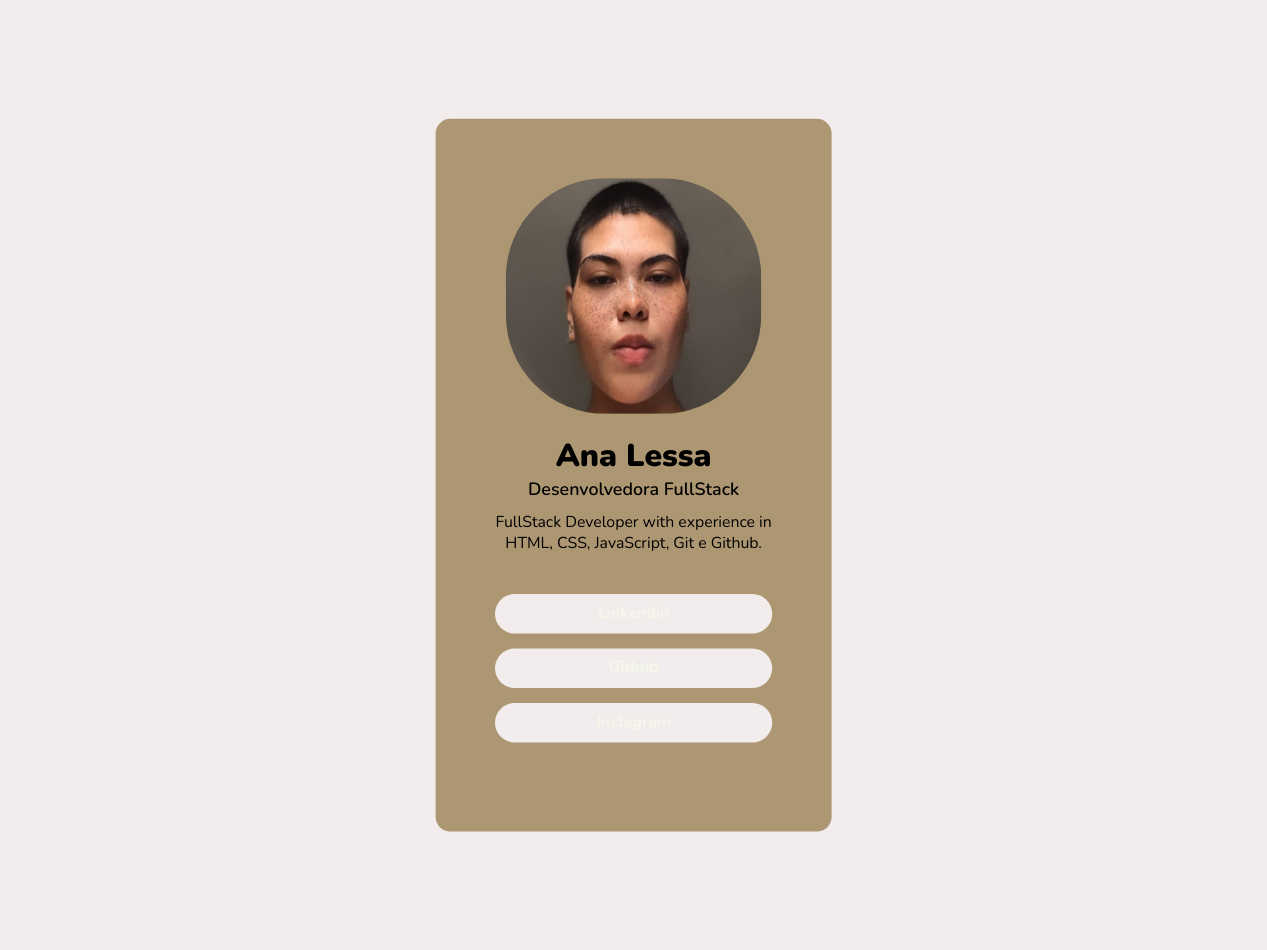
Repository: analessp/linktree
Page: index.html
The author's editor kept a copy of each file at every save. The page is drawn from the files as they stood at one save, then again after the next save.
The browser window is 1280 px wide. The pictures show the whole page, at 99% of full size.

Above is the page before, as saved 2025-04-11 10:27:52.

### index.html
<!DOCTYPE html>
<html lang="pt-BR">
<head>
    <meta charset="UTF-8">
    <meta name="viewport" content="width=device-width, initial-scale=1.0">
    <title>Linktree Ana Lessa</title>
    <link rel="stylesheet" href="style.css">
    <link rel="preconnect" href="https://fonts.googleapis.com">
    <link rel="preconnect" href="https://fonts.gstatic.com" crossorigin>
    <link href="https://fonts.googleapis.com/css2?family=Nunito:ital,wght@0,200..1000;1,200..1000&display=swap" rel="stylesheet">
</head>
<body>
    <div class="container-main">
    <div class="container-image">
        <img src="./assets/img.jpg" alt="Foto de Ana Lessa">
    </div>
    <div class="container-infos">
        <h1>Ana Lessa</h1>
        <h2>Desenvolvedora FullStack</h2>
    </div>
    <div class="container-easter-egg">
        <p>FullStack Developer with experience in HTML, CSS, JavaScript, Git e Github.</p>
    </div>
    <div class="container-social-links">
        <ul>
            <a href="https://www.linkedin.com/in/ana-lessa-2a312a253/" target="_blank">
            <li>Linkendin</li></a>
            <a href="https://github.com/analessp" target="_blank">
            <li>Github</li></a>
            <a href="https://www.instagram.com/analessp/" target="_blank">
            <li>Instagram</li></a>
        </ul>
    </div>
    </div>
</body>
</html>

### style.css
* {
    font-family: "Nunito", sans-serif;
    margin: 0;
    padding: 0;
    box-sizing: border-box;
}

body {
    background-color: #f2ecec;
}

.container-main {
    background-color: #ad9772;
    width: 400px;
    height: 720px;
    box-sizing: border-box;
    margin: 120px auto;
    padding: 60px;
    border-radius: 15px;
    text-align: center;
}

.container-image img{
        width: 258px;
        height: 238px;
        border-radius: 100px;
}

.container-infos {
margin-top: 15px;
margin-bottom: 10px;
}

.container-infos h1 {
    font-weight: 900;
}

.container-infos h2 {
    font-weight: 600;
    font-size: 18px;
}

.container-social-links ul {
    list-style: none;
}

.container-social-links a {
    text-decoration: none;
    color: #f4f8ea;
}

.container-social-links {
    margin-top: 40px;
}

.container-social-links li {
    width: 280px;
    height: 40px;
    background-color: #f2ecec;
    margin: 15px 0;
    padding: 8px 0;
    border-radius: 20px;
    font-weight: 700;
}

After the next save:
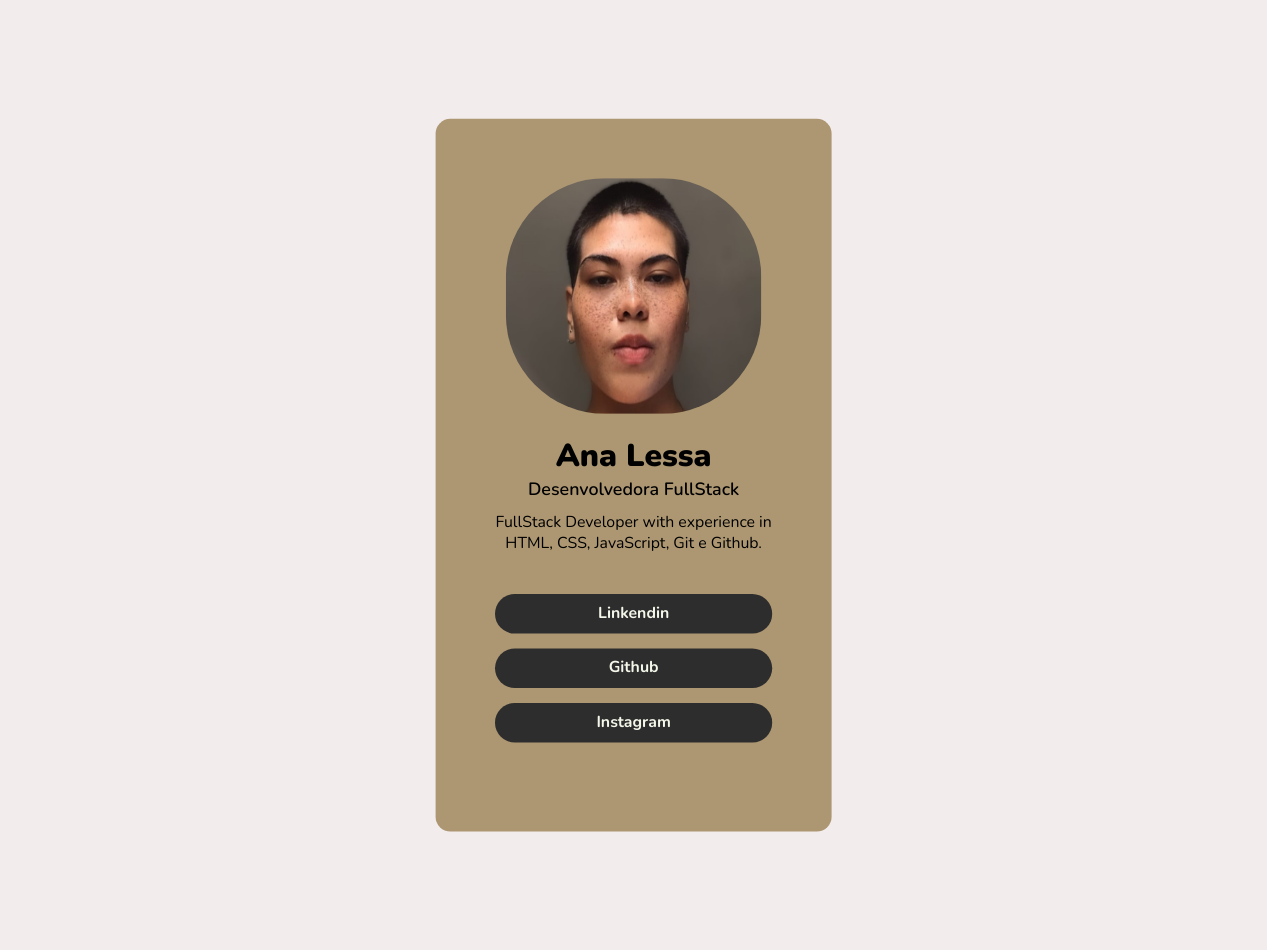
Saved 20 s later.
--- a/style.css
+++ b/style.css
@@ -56,7 +56,7 @@ margin-bottom: 10px;
 .container-social-links li {
     width: 280px;
     height: 40px;
-    background-color: #f2ecec;
+    background-color: #2e2d2d;
     margin: 15px 0;
     padding: 8px 0;
     border-radius: 20px;
